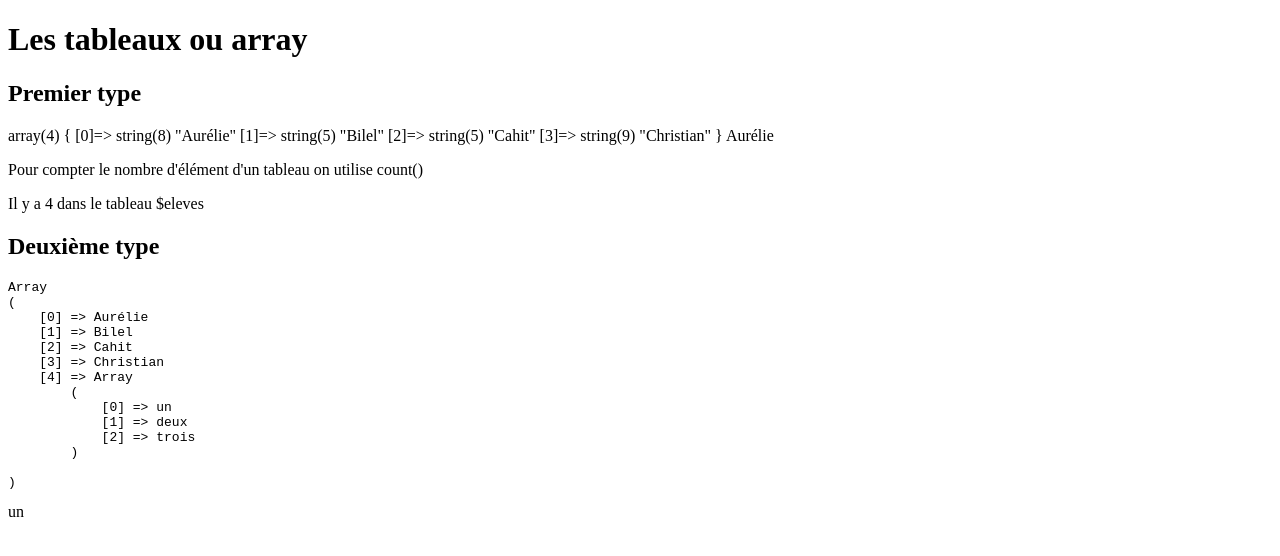
Repository: QuentinFayt/base-php-2021
Page: http://localhost/les_arrays.php
These files come from the project's save history. The page is drawn as it stood at one moment and after the next save; the edit follows.
The browser window is 1280 px wide. The pictures show the whole page.
The page is run by PHP 8.4 with error messages shown; the project is at /var/www/html/.

Above is the page before, as saved 2021-07-07 11:51:16.

### les_arrays.php
<!DOCTYPE html>
<html lang="en">
<head>
    <meta charset="UTF-8">
    <meta http-equiv="X-UA-Compatible" content="IE=edge">
    <meta name="viewport" content="width=device-width, initial-scale=1.0">
    <title>Les array</title>
</head>
<body>
    <h1>Les tableaux ou array</h1>
    <h2>Premier type</h2>
    <?php
        $eleves = array(
            "Aurélie",
            "Bilel",
            "Cahit",
            "Christian",
        );

        var_dump($eleves);

        echo $eleves[0];

        echo "<p> Pour compter le nombre d'élément d'un tableau on utilise count()</p>";

        $nbEleve = count($eleves);

        echo "Il y a ".$nbEleve.' dans le tableau $eleves';

    ?>
    <h2>Deuxième type</h2>
    <?php
        $eleves2 = [
            "Aurélie",
            "Bilel",
            "Cahit",
            "Christian",
                [
                    "un",
                    "deux",
                    "trois",
                ]
        ];
        echo "<pre>";
        print_r($eleves2);
        echo "</pre>";
        echo $eleves2[4][0];
    ?>
</body>
</html>

After the next save:
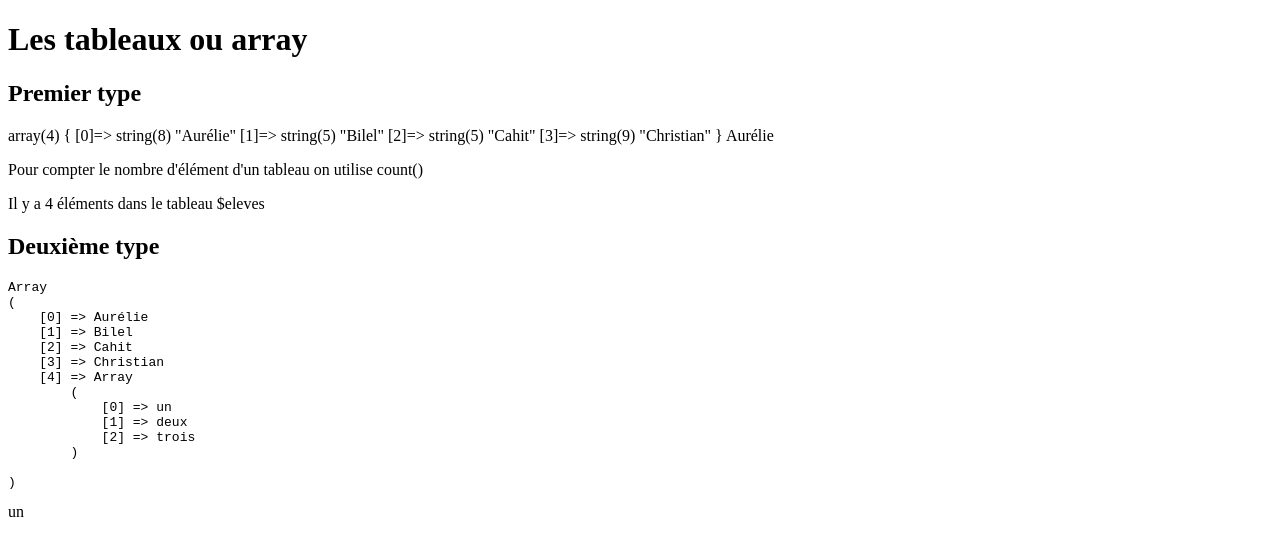
Saved 9 s later.
--- a/les_arrays.php
+++ b/les_arrays.php
@@ -25,7 +25,7 @@
 
         $nbEleve = count($eleves);
 
-        echo "Il y a ".$nbEleve.' dans le tableau $eleves';
+        echo "Il y a ".$nbEleve.' éléments dans le tableau $eleves';
 
     ?>
     <h2>Deuxième type</h2>
